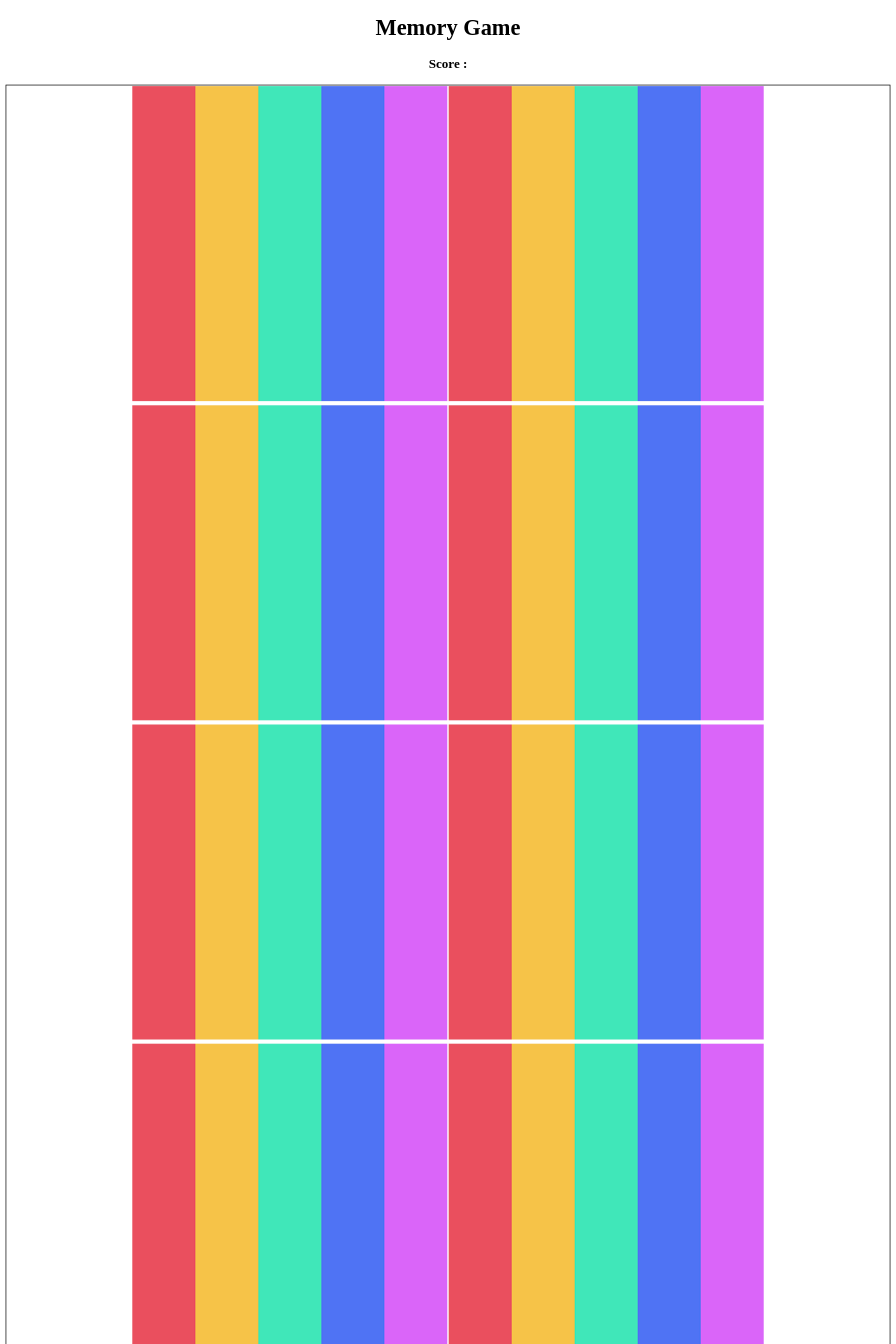
Repository: divyaravada/javascript-games
Page: memory-game/memorygame.html
These files come from the project's save history. The page is drawn as it stood at one moment and after the next save; the edit follows.
The browser window is 1280 px wide. The pictures show the part of the page from y = 0 to 1920 px (the page is 3779 px tall before and 2567 px after), at 70% of full size.

Above is the page before, as saved 2022-03-15 16:50:02.

After the next save:
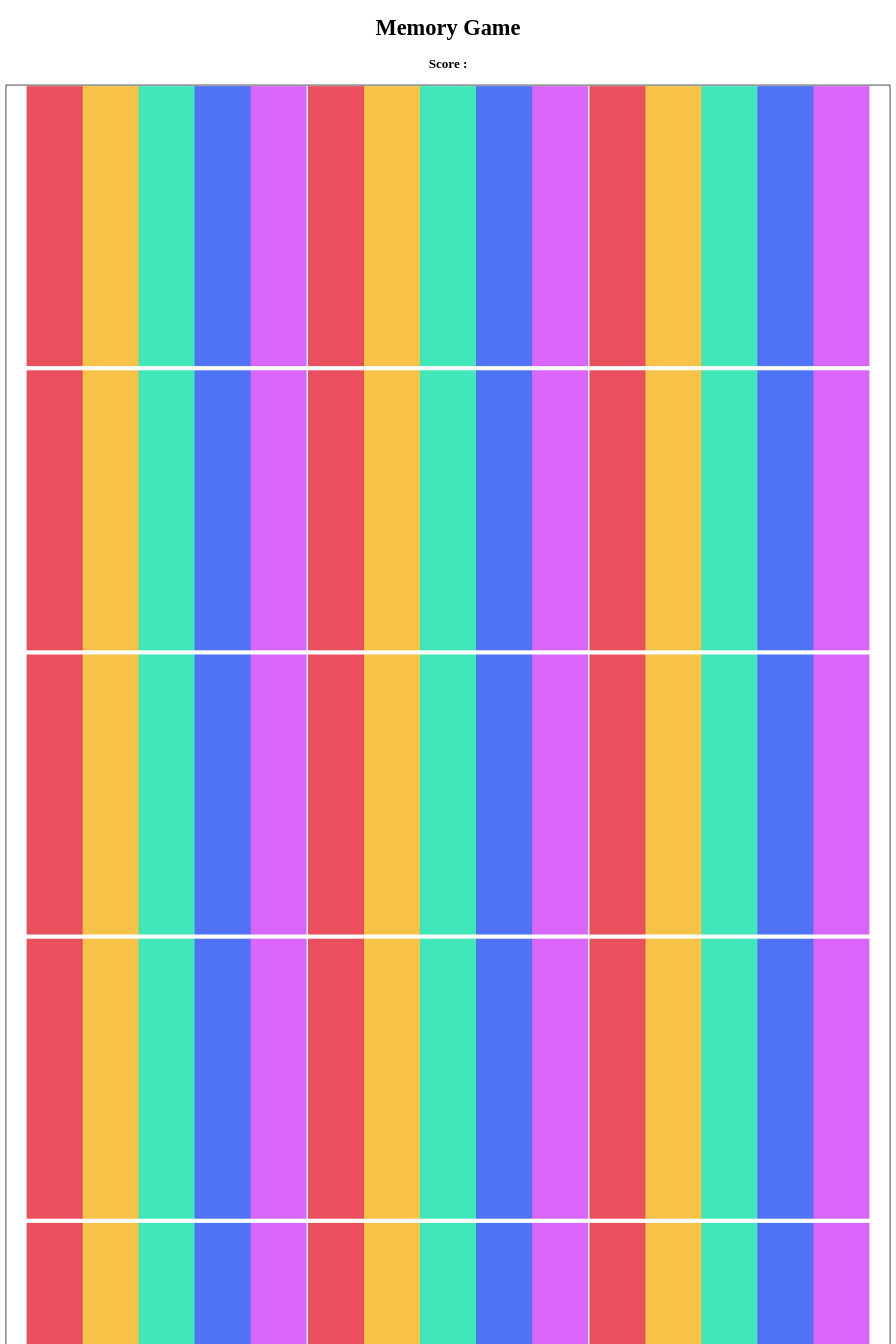
Saved 8 s later.
--- a/memory-game/memorystyle.css
+++ b/memory-game/memorystyle.css
@@ -9,7 +9,7 @@
   border: 1px solid black;
 }
 #grid img {
-  width: 450px;
-  height: 450px;
+  width: 400px;
+  height: 400px;
   padding: 1px 1px;
 }
